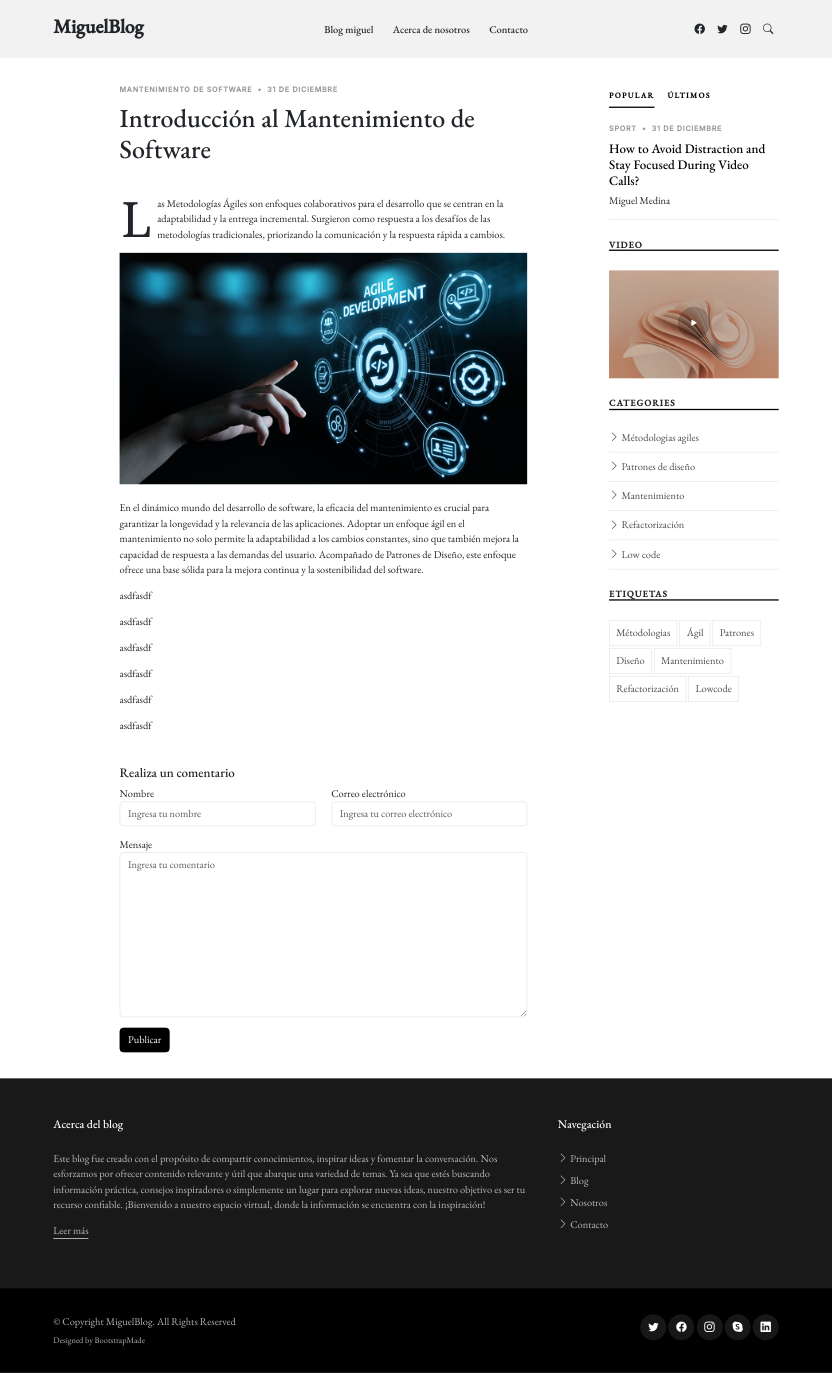
Repository: MiguelDev5/blog-miguel
Page: post-m.html
An editor plug-in stored every save of this project. The page is shown before and after the next save, followed by the edit.
The browser window is 1280 px wide. The pictures show the whole page, at 65% of full size.
Some web fonts or font styles are not loaded; a fallback is used.

Above is the page before, as saved 2024-01-01 20:43:58.

### post-m.html
<!DOCTYPE html>
<html lang="en">

<head>
  <meta charset="utf-8">
  <meta content="width=device-width, initial-scale=1.0" name="viewport">

  <title>MiguelBlog Bootstrap Template - Single Post</title>
  <meta content="" name="description">
  <meta content="" name="keywords">

  <!-- Favicons -->
  <link href="assets/img/favicon.png" rel="icon">
  <link href="assets/img/apple-touch-icon.png" rel="apple-touch-icon">

  <!-- Google Fonts -->
  <link rel="preconnect" href="https://fonts.googleapis.com">
  <link rel="preconnect" href="https://fonts.gstatic.com" crossorigin>
  <link href="https://fonts.googleapis.com/css2?family=EB+Garamond:wght@400;500&family=Inter:wght@400;500&family=Playfair+Display:ital,wght@0,400;0,700;1,400;1,700&display=swap" rel="stylesheet">

  <!-- Vendor CSS Files -->
  <link href="assets/vendor/bootstrap/css/bootstrap.min.css" rel="stylesheet">
  <link href="assets/vendor/bootstrap-icons/bootstrap-icons.css" rel="stylesheet">
  <link href="assets/vendor/swiper/swiper-bundle.min.css" rel="stylesheet">
  <link href="assets/vendor/glightbox/css/glightbox.min.css" rel="stylesheet">
  <link href="assets/vendor/aos/aos.css" rel="stylesheet">

  <!-- Template Main CSS Files -->
  <link href="assets/css/variables.css" rel="stylesheet">
  <link href="assets/css/main.css" rel="stylesheet">

  <!-- =======================================================
  * Template Name: MiguelBlog
  * Updated: Sep 18 2023 with Bootstrap v5.3.2
  * Template URL: https://bootstrapmade.com/miguelBlog-bootstrap-blog-template/
  * Author: BootstrapMade.com
  * License: https:///bootstrapmade.com/license/
  ======================================================== -->
</head>

<body>

  <!-- ======= Header ======= -->
  <header id="header" class="header d-flex align-items-center fixed-top">
    <div class="container-fluid container-xl d-flex align-items-center justify-content-between">

      <a href="index.html" class="logo d-flex align-items-center">
        <!-- Uncomment the line below if you also wish to use an image logo -->
        <!-- <img src="assets/img/logo.png" alt=""> -->
        <h1>MiguelBlog</h1>
      </a>

      <nav id="navbar" class="navbar">
        <ul>
          <li><a href="index.html">Blog miguel</a></li>
          <li><a href="about.html">Acerca de nosotros</a></li>
          <li><a href="contact.html">Contacto</a></li>
        </ul>
      </nav><!-- .navbar -->

      <div class="position-relative">
        <a href="#" class="mx-2"><span class="bi-facebook"></span></a>
        <a href="#" class="mx-2"><span class="bi-twitter"></span></a>
        <a href="#" class="mx-2"><span class="bi-instagram"></span></a>

        <a href="#" class="mx-2 js-search-open"><span class="bi-search"></span></a>
        <i class="bi bi-list mobile-nav-toggle"></i>

        <!-- ======= Search Form ======= -->
        <div class="search-form-wrap js-search-form-wrap">
          <form action="search-result.html" class="search-form">
            <span class="icon bi-search"></span>
            <input type="text" placeholder="Search" class="form-control">
            <button class="btn js-search-close"><span class="bi-x"></span></button>
          </form>
        </div><!-- End Search Form -->

      </div>

    </div>

  </header><!-- End Header -->

  <main id="main">

    <section class="single-post-content">
      <div class="container">
        <div class="row">
          <div class="col-md-9 post-content" data-aos="fade-up">

            <!-- ======= Single Post Content ======= -->
            <div class="single-post">
              <div class="post-meta"><span class="date">Mantenimiento de software</span> <span class="mx-1">&bullet;</span> <span>31 de Diciembre</span></div>
              <h1 class="mb-5">Introducción al Mantenimiento de Software</h1>
              <p><span class="firstcharacter">L</span>as Metodologías Ágiles son enfoques colaborativos para el desarrollo que se centran en la adaptabilidad y la entrega incremental. Surgieron como respuesta a los desafíos de las metodologías tradicionales, priorizando la comunicación y la respuesta rápida a cambios.</p>
              <div class="col-md-9"></div>
                  <img src="assets/img/ma001.jpg" alt="" class="img-fluid" style="width: 200;">

              </div>
              <br/>
              <p>En el dinámico mundo del desarrollo de software, la eficacia del mantenimiento es crucial para garantizar la longevidad y la relevancia de las aplicaciones. Adoptar un enfoque ágil en el mantenimiento no solo permite la adaptabilidad a los cambios constantes, sino que también mejora la capacidad de respuesta a las demandas del usuario. Acompañado de Patrones de Diseño, este enfoque ofrece una base sólida para la mejora continua y la sostenibilidad del software.</p>
              <p>asdfasdf</p>
              <p>asdfasdf</p>
              <p>asdfasdf</p>
              <p>asdfasdf</p>
              <p>asdfasdf</p>
              <p>asdfasdf</p>

            <!-- ======= Comments Form ======= -->
            <div class="row justify-content-center mt-5">

              <div class="col-lg-12">
                <h5 class="comment-title">Realiza un comentario</h5>
                <div class="row">
                  <div class="col-lg-6 mb-3">
                    <label for="comment-name">Nombre</label>
                    <input type="text" class="form-control" id="comment-name" placeholder="Ingresa tu nombre">
                  </div>
                  <div class="col-lg-6 mb-3">
                    <label for="comment-email">Correo electrónico</label>
                    <input type="text" class="form-control" id="comment-email" placeholder="Ingresa tu correo electrónico">
                  </div>
                  <div class="col-12 mb-3">
                    <label for="comment-message">Mensaje</label>

                    <textarea class="form-control" id="comment-message" placeholder="Ingresa tu comentario" cols="30" rows="10"></textarea>
                  </div>
                  <div class="col-12">
                    <input type="submit" class="btn btn-primary" value="Publicar">
                  </div>
                </div>
              </div>
            </div><!-- End Comments Form -->

          </div>
          <div class="col-md-3">
            <!-- ======= Sidebar ======= -->
            <div class="aside-block">

              <ul class="nav nav-pills custom-tab-nav mb-4" id="pills-tab" role="tablist">
                <li class="nav-item" role="presentation">
                  <button class="nav-link active" id="pills-popular-tab" data-bs-toggle="pill" data-bs-target="#pills-popular" type="button" role="tab" aria-controls="pills-popular" aria-selected="true">Popular</button>
                </li>
                <li class="nav-item" role="presentation">
                  <button class="nav-link" id="pills-latest-tab" data-bs-toggle="pill" data-bs-target="#pills-latest" type="button" role="tab" aria-controls="pills-latest" aria-selected="false">Últimos</button>
                </li>
              </ul>

              <div class="tab-content" id="pills-tabContent">

                <!-- Popular -->
                <div class="tab-pane fade show active" id="pills-popular" role="tabpanel" aria-labelledby="pills-popular-tab">
                  <div class="post-entry-1 border-bottom">
                    <div class="post-meta"><span class="date">Sport</span> <span class="mx-1">&bullet;</span> <span>31 de Diciembre</span></div>
                    <h2 class="mb-2"><a href="#">How to Avoid Distraction and Stay Focused During Video Calls?</a></h2>
                    <span class="author mb-3 d-block">Miguel Medina</span>
                  </div>


                </div> <!-- End Popular -->



                <!-- Latest -->
                <div class="tab-pane fade" id="pills-latest" role="tabpanel" aria-labelledby="pills-latest-tab">
                  <div class="post-entry-1 border-bottom">
                    <div class="post-meta"><span class="date">Lifestyle</span> <span class="mx-1">&bullet;</span> <span>31 de Diciembre</span></div>
                    <h2 class="mb-2"><a href="#">Life Insurance And Pregnancy: A Working Mom’s Guide</a></h2>
                    <span class="author mb-3 d-block">Miguel Medina</span>
                  </div>



                </div> <!-- End Latest -->

              </div>
            </div>

            <div class="aside-block">
              <h3 class="aside-title">Video</h3>
              <div class="video-post">
                <a href="https://www.youtube.com/watch?v=AiFfDjmd0jU" class="glightbox link-video">
                  <span class="bi-play-fill"></span>
                  <img src="assets/img/post-landscape-5.jpg" alt="" class="img-fluid">
                </a>
              </div>
            </div><!-- End Video -->

            <div class="aside-block">
              <h3 class="aside-title">Categories</h3>
              <ul class="aside-links list-unstyled">
                <li><a href="category.html"><i class="bi bi-chevron-right"></i> Métodologias agiles</a></li>
                <li><a href="category.html"><i class="bi bi-chevron-right"></i> Patrones de diseño</a></li>
                <li><a href="category.html"><i class="bi bi-chevron-right"></i> Mantenimiento</a></li>
                <li><a href="category.html"><i class="bi bi-chevron-right"></i> Refactorización</a></li>
                <li><a href="category.html"><i class="bi bi-chevron-right"></i> Low code</a></li>
              </ul>
            </div><!-- End Categories -->

            <div class="aside-block">
              <h3 class="aside-title">Etiquetas</h3>
              <ul class="aside-tags list-unstyled">
                <li><a href="category.html">Métodologias</a></li>
                <li><a href="category.html">Ágil</a></li>
                <li><a href="category.html">Patrones</a></li>
                <li><a href="category.html">Diseño</a></li>
                <li><a href="category.html">Mantenimiento</a></li>
                <li><a href="category.html">Refactorización</a></li>
                <li><a href="category.html">Lowcode</a></li>
              </ul>
            </div><!-- End Tags -->

          </div>
        </div>
      </div>
    </section>
  </main><!-- End #main -->

  <!-- ======= Footer ======= -->
  <footer id="footer" class="footer">
    <div class="footer-content">
      <div class="container">
        <div class="row g-5">
          <div class="col-lg-8">
            <h3 class="footer-heading">Acerca del blog</h3>
            <p>Este blog fue creado con el propósito de compartir conocimientos, inspirar ideas y fomentar la conversación. Nos esforzamos por ofrecer contenido relevante y útil que abarque una variedad de temas. Ya sea que estés buscando información práctica, consejos inspiradores o simplemente un lugar para explorar nuevas ideas, nuestro objetivo es ser tu recurso confiable. ¡Bienvenido a nuestro espacio virtual, donde la información se encuentra con la inspiración!</p>
            <p><a href="about.html" class="footer-link-more">Leer más</a></p>
          </div>
          <div class="col-6 col-lg-2">
            <h3 class="footer-heading">Navegación</h3>
            <ul class="footer-links list-unstyled">
              <li><a href="index.html"><i class="bi bi-chevron-right"></i> Principal</a></li>
              <li><a href="index.html"><i class="bi bi-chevron-right"></i> Blog</a></li>
              <li><a href="about.html"><i class="bi bi-chevron-right"></i> Nosotros</a></li>
              <li><a href="contact.html"><i class="bi bi-chevron-right"></i> Contacto</a></li>
            </ul>
          </div>
        </div>
      </div>
    </div>

    <div class="footer-legal">
      <div class="container">

        <div class="row justify-content-between">
          <div class="col-md-6 text-center text-md-start mb-3 mb-md-0">
            <div class="copyright">
              © Copyright <strong><span>MiguelBlog</span></strong>. All Rights Reserved
            </div>

            <div class="credits">
              Designed by BootstrapMade
            </div>

          </div>

          <div class="col-md-6">
            <div class="social-links mb-3 mb-lg-0 text-center text-md-end">
              <a href="#" class="twitter"><i class="bi bi-twitter"></i></a>
              <a href="#" class="facebook"><i class="bi bi-facebook"></i></a>
              <a href="#" class="instagram"><i class="bi bi-instagram"></i></a>
              <a href="#" class="google-plus"><i class="bi bi-skype"></i></a>
              <a href="#" class="linkedin"><i class="bi bi-linkedin"></i></a>
            </div>

          </div>

        </div>

      </div>
    </div>
  </footer>

  <a href="#" class="scroll-top d-flex align-items-center justify-content-center"><i class="bi bi-arrow-up-short"></i></a>

  <!-- Vendor JS Files -->
  <script src="assets/vendor/bootstrap/js/bootstrap.bundle.min.js"></script>
  <script src="assets/vendor/swiper/swiper-bundle.min.js"></script>
  <script src="assets/vendor/glightbox/js/glightbox.min.js"></script>
  <script src="assets/vendor/aos/aos.js"></script>
  <script src="assets/vendor/php-email-form/validate.js"></script>

  <!-- Template Main JS File -->
  <script src="assets/js/main.js"></script>

</body>

</html>

### assets/css/variables.css
/**
* Template Name: ZenBlog
* File: variables.css
* Description: Easily customize colors, typography, and other repetitive properties used in the template main stylesheet file main.css
*
* Template URL: https://bootstrapmade.com/zenblog-bootstrap-blog-template/
* Author: BootstrapMade.com
* License: https://bootstrapmade.com/license/
*
* Contents:
* 1. ZenBlog template variables
* 2. Override default Bootstrap variables
* 3. Set color and background class names
*
* Learn more about CSS variables at https://developer.mozilla.org/en-US/docs/Web/CSS/Using_CSS_custom_properties
*/

/*--------------------------------------------------------------
# 1. ZenBlog template variables
--------------------------------------------------------------*/
:root {

  /* Fonts */
  --font-default: 'EB Garamond', system-ui, -apple-system, "Segoe UI", Roboto, "Helvetica Neue", Arial, "Noto Sans", "Liberation Sans", sans-serif, "Apple Color Emoji", "Segoe UI Emoji", "Segoe UI Symbol", "Noto Color Emoji";
  --font-primary: 'EB Garamond', serif; /*'Playfair Display', serif;*/
  --font-secondary: 'Inter', sans-serif;

  /* Colors */
  /* The *-rgb color names are simply the RGB converted value of the corresponding color for use in the rgba() function */

  /* Default text color */
  --color-default: #212529;
  --color-default-rgb: 33, 37, 41;

  /* Defult links color */
  --color-links: #212529;
  --color-links-hover: #15171a;

  /* Primay colors */
  --color-primary: #212529;
  --color-primary-light: #26282c;
  --color-primary-dark: #0b0c0e;

  --color-primary-rgb: 33, 37, 41;
  --color-primary-light-rgb: 38, 40, 44;
  --color-primary-dark-rgb: 11, 12, 14;

  /* Secondary colors */
  --color-secondary: #596d80;
  --color-secondary-light: #8498aa;
  --color-secondary-dark: #404f5c;

  --color-secondary-rgb: 89, 109, 128;
  --color-secondary-light-rgb: 132, 152, 170;
  --color-secondary-dark-rgb: 64, 79, 92;

  /* General colors */
  --color-blue: #0d6efd;
  --color-blue-rgb: 13, 110, 253;

  --color-indigo: #6610f2;
  --color-indigo-rgb: 102, 16, 242;

  --color-purple: #6f42c1;
  --color-purple-rgb: 111, 66, 193;

  --color-pink: #f3268c;
  --color-pink-rgb: 243, 38, 140;

  --color-red: #df1529;
  --color-red-rgb: 223, 21, 4;

  --color-orange: #fd7e14;
  --color-orange-rgb: 253, 126, 20;

  --color-yellow: #ffc107;
  --color-yellow-rgb: 255, 193, 7;

  --color-green: #059652;
  --color-green-rgb: 5, 150, 82;

  --color-teal: #20c997;
  --color-teal-rgb: 32, 201, 151;

  --color-cyan: #0dcaf0;
  --color-cyan-rgb: 13, 202, 240;

  --color-white: #ffffff;
  --color-white-rgb: 255, 255, 255;

  --color-gray: #6c757d;
  --color-gray-rgb: 108, 117, 125;

  --color-black: #000000;
  --color-black-rgb: 0, 0, 0;
}

/*--------------------------------------------------------------
# 2. Override default Bootstrap variables
--------------------------------------------------------------*/
:root {
  --bs-blue: var(--color-blue);
  --bs-indigo: var(--color-indigo);
  --bs-purple: var(--color-purple);
  --bs-pink: var(--color-pink);
  --bs-red: var(--color-red);
  --bs-orange: var(--color-orange);
  --bs-yellow: var(--color-yellow);
  --bs-green: var(--color-green);
  --bs-teal: var(--color-teal);
  --bs-cyan: var(--color-cyan);
  --bs-white: var(--color-white);
  --bs-gray: var(--color-gray);
  --bs-gray-dark: #343a40;
  --bs-gray-100: #f8f9fa;
  --bs-gray-200: #e9ecef;
  --bs-gray-300: #dee2e6;
  --bs-gray-400: #ced4da;
  --bs-gray-500: #adb5bd;
  --bs-gray-600: #6c757d;
  --bs-gray-700: #495057;
  --bs-gray-800: #343a40;
  --bs-gray-900: #212529;
  --bs-primary: var(--color-blue);
  --bs-secondary: var(--color-blue);
  --bs-success: #198754;
  --bs-info: #0dcaf0;
  --bs-warning: #ffc107;
  --bs-danger: #dc3545;
  --bs-light: #f8f9fa;
  --bs-dark: #212529;
  --bs-primary-rgb: var(--color-primary-rgb);
  --bs-secondary-rgb: var(--color-secondary-rgb);
  --bs-success-rgb: 25, 135, 84;
  --bs-info-rgb: 13, 202, 240;
  --bs-warning-rgb: 255, 193, 7;
  --bs-danger-rgb: 220, 53, 69;
  --bs-light-rgb: 248, 249, 250;
  --bs-dark-rgb: 33, 37, 41;
  --bs-white-rgb: var(--color-white-rgb);
  --bs-black-rgb: var(--color-black-rgb);
  --bs-body-color-rgb: var(--color-default-rgb);
  --bs-body-bg-rgb: 255, 255, 255;
  --bs-font-sans-serif: var(--font-default);
  --bs-font-monospace: SFMono-Regular, Menlo, Monaco, Consolas, "Liberation Mono", "Courier New", monospace;
  --bs-gradient: linear-gradient(180deg, rgba(255, 255, 255, 0.15), rgba(255, 255, 255, 0));
  --bs-body-font-family: var(--font-default);
  --bs-body-font-size: 1rem;
  --bs-body-font-weight: 400;
  --bs-body-line-height: 1.5;
  --bs-body-color: var(--color-default);
  --bs-body-bg: #fff;
}

/*--------------------------------------------------------------
# 3. Set color and background class names
--------------------------------------------------------------*/
/* Fonts */
.font-default { font-family: var(--font-default) !important; }
.font-primary { font-family: var(--font-primary) !important;}
.font-secondary { font-family: var(--font-secondary) !important; }

/* Text Colors */
.color-default { color: var(--color-default) !important; }
.color-links { color: var(--color-links) !important; }
.color-links:hover { color: var(--color-links-hover) !important; }
.color-primary { color: var(--color-primary) !important; }
.color-primary-light { color: var(--color-primary-light) !important; }
.color-primary-dark { color: var(--color-primary-dark) !important; }
.color-secondary { color: var(--color-secondary) !important; }
.color-secondary-light { color: var(--color-secondary-light) !important; }
.color-secondary-dark { color: var(--color-secondary-dark) !important; }
.color-blue { color: var(--color-blue) !important; }
.color-indigo { color: var(--color-indigo) !important; }
.color-purple { color: var(--color-purple) !important; }
.color-pink { color: var(--color-pink) !important; }
.color-red { color: var(--color-red) !important; }
.color-orange { color: var(--color-orange) !important; }
.color-yellow { color: var(--color-yellow) !important; }
.color-green { color: var(--color-green) !important; }
.color-teal { color: var(--color-teal) !important; }
.color-cyan { color: var(--color-cyan) !important; }
.color-white { color: var(--color-white) !important; }
.color-gray { color: var(--color-gray) !important; }
.color-black { color: var(--color-black) !important; }

/* Background Colors */
.bg-default { background-color: var(--color-default) !important; }
.bg-primary { background-color: var(--color-primary) !important; }
.bg-primary-light { background-color: var(--color-primary-light) !important; }
.bg-primary-dark { background-color: var(--color-primary-dark) !important; }
.bg-secondary { background-color: var(--color-secondary) !important; }
.bg-secondary-light { background-color: var(--color-secondary-light) !important; }
.bg-secondary-dark { background-color: var(--color-secondary-dark) !important; }
.bg-blue { background-color: var(--color-blue) !important; }
.bg-indigo { background-color: var(--color-indigo) !important; }
.bg-purple { background-color: var(--color-purple) !important; }
.bg-pink { background-color: var(--color-pink) !important; }
.bg-red { background-color: var(--color-red) !important; }
.bg-orange { background-color: var(--color-orange) !important; }
.bg-yellow { background-color: var(--color-yellow) !important; }
.bg-green { background-color: var(--color-green) !important; }
.bg-teal { background-color: var(--color-teal) !important; }
.bg-cyan { background-color: var(--color-cyan) !important; }
.bg-white { background-color: var(--color-white) !important; }
.bg-gray { background-color: var(--color-gray) !important; }
.bg-black { background-color: var(--color-black) !important; }

Loaded but not shown: assets/vendor/bootstrap/css/bootstrap.min.css (library); assets/vendor/bootstrap-icons/bootstrap-icons.css (library); assets/vendor/swiper/swiper-bundle.min.css (library); assets/vendor/glightbox/css/glightbox.min.css (library); assets/vendor/aos/aos.css (library); assets/vendor/bootstrap/js/bootstrap.bundle.min.js (library); assets/vendor/swiper/swiper-bundle.min.js (library); assets/vendor/glightbox/js/glightbox.min.js (library); assets/vendor/aos/aos.js (library); assets/vendor/php-email-form/validate.js (common file); assets/js/main.js (154 lines, source omitted); assets/css/main.css (1300 lines, source omitted)

After the next save:
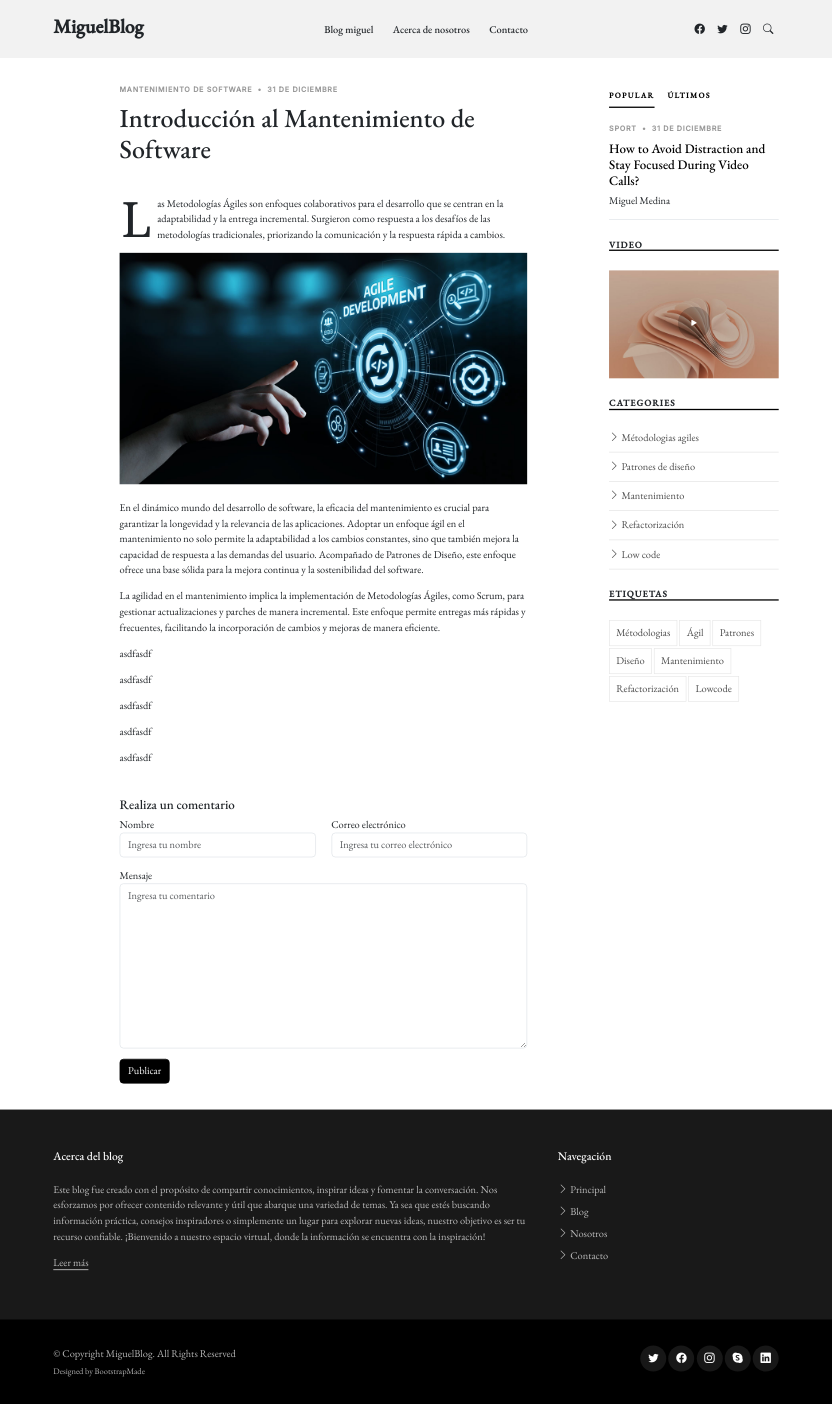
Saved 5 s later.
--- a/post-m.html
+++ b/post-m.html
@@ -99,7 +99,7 @@
               </div>
               <br/>
               <p>En el dinámico mundo del desarrollo de software, la eficacia del mantenimiento es crucial para garantizar la longevidad y la relevancia de las aplicaciones. Adoptar un enfoque ágil en el mantenimiento no solo permite la adaptabilidad a los cambios constantes, sino que también mejora la capacidad de respuesta a las demandas del usuario. Acompañado de Patrones de Diseño, este enfoque ofrece una base sólida para la mejora continua y la sostenibilidad del software.</p>
-              <p>asdfasdf</p>
+              <p>La agilidad en el mantenimiento implica la implementación de Metodologías Ágiles, como Scrum, para gestionar actualizaciones y parches de manera incremental. Este enfoque permite entregas más rápidas y frecuentes, facilitando la incorporación de cambios y mejoras de manera eficiente.</p>
               <p>asdfasdf</p>
               <p>asdfasdf</p>
               <p>asdfasdf</p>
